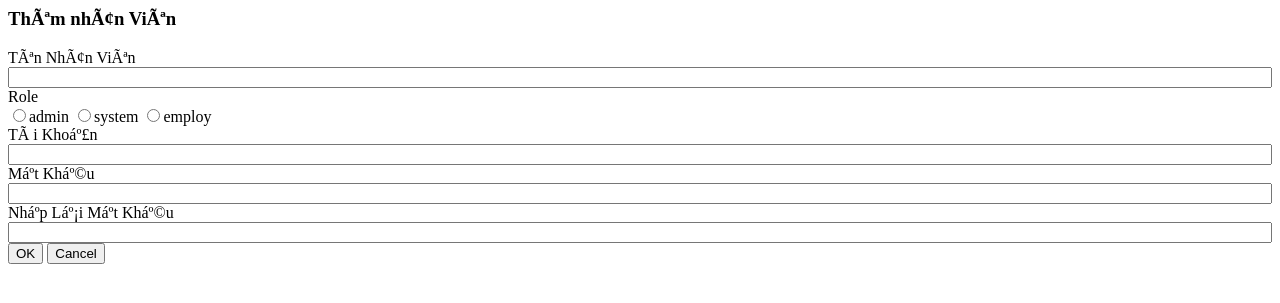
Repository: chickenoken/LuanAn
Page: http://localhost/net/quanLyNhanVienControl
These files come from the project's save history. The page is drawn as it stood at one moment and after the next save; the edit follows.
The browser window is 1280 px wide. The pictures show the whole page.
The page is served by Tomcat 9.

Above is the page before, as saved 2019-06-17 09:52:06.

After the next save:
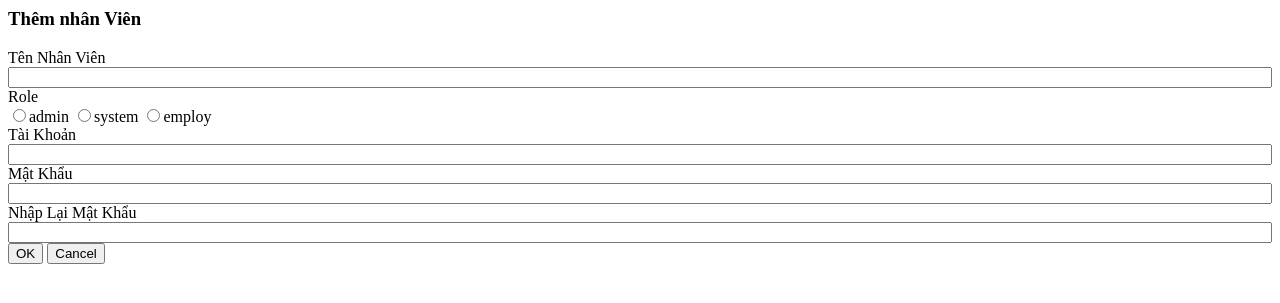
Saved 25 s later.
--- a/net/src/main/webapp/WEB-INF/pages/quanLyNhanVienControl.jsp
+++ b/net/src/main/webapp/WEB-INF/pages/quanLyNhanVienControl.jsp
@@ -1,3 +1,6 @@
+<%@ page language="java" contentType="text/html; charset=UTF-8"
+  pageEncoding="UTF-8"%>
+<%@taglib prefix="c" uri="http://java.sun.com/jsp/jstl/core"%>
 <div class="modal-header">
   <h3>Thêm nhân Viên</h3>
 </div>
